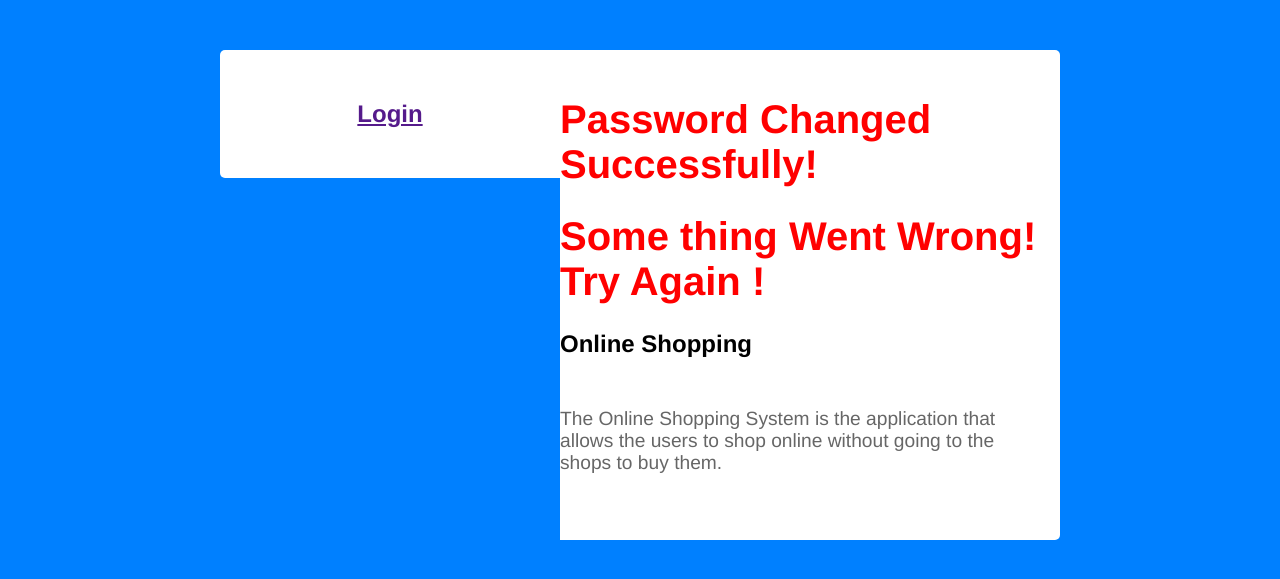
Repository: RajanKr004/E-commerce-Website-for-Sporty-Shoes-
Page: http://localhost/Phase_3_Ecommerce_website/forgotPassword.jsp
An editor plug-in stored every save of this project. The page is shown before and after the next save, followed by the edit.
The browser window is 1280 px wide. The pictures show the whole page.
The page is served by Tomcat 9. Other server files are loaded and not shown.

Above is the page before, as saved 2022-02-09 07:38:29.

### Phase 3 Ecommerce website/src/main/webapp/forgotPassword.jsp
<!DOCTYPE html>
<html>
<head>
<link rel="stylesheet" href="css/signup-style.css">
<title>ForgotPassword</title>
</head>
<body>
<div id='container'>
  <div class='signup'>

      <h2><a href="">Login</a></h2>
  </div>
  <div class='whyforgotPassword'>

<h1>Password Changed Successfully!</h1>

<h1>Some thing Went Wrong! Try Again !</h1>

    <h2>Online Shopping</h2>
    <p>The Online Shopping System is the application that allows the users to shop online without going to the shops to buy them.</p>
  </div>
</div>
</body>
</html>

Loaded but not shown: Phase 3 Ecommerce website/src/main/webapp/css/signup-style.css (common file)

After the next save:
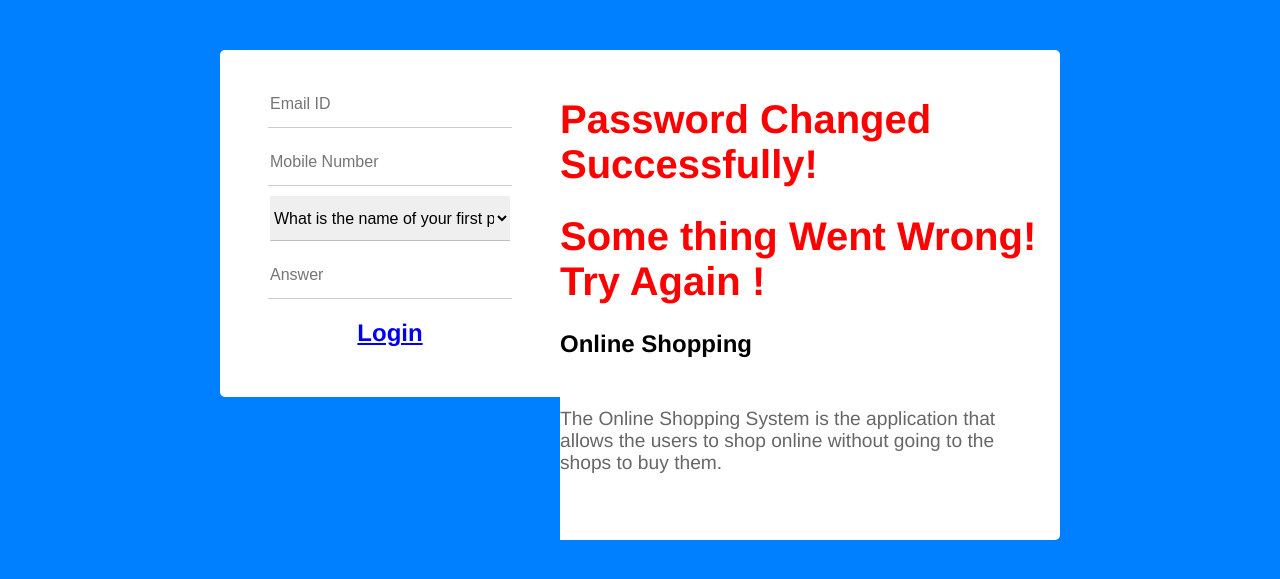
Saved 3 min 12 s later.
--- a/Phase 3 Ecommerce website/src/main/webapp/forgotPassword.jsp
+++ b/Phase 3 Ecommerce website/src/main/webapp/forgotPassword.jsp
@@ -7,8 +7,18 @@
 <body>
 <div id='container'>
   <div class='signup'>
-
-      <h2><a href="">Login</a></h2>
+     <input type="text" name="email" placeholder="Email ID">
+     <input type="text" name="mobileNumber" placeholder="Mobile Number">
+     <select name="securityQuestion" required>
+					<option value="What is the name of your first pet ?">What
+						is the name of your first pet ?</option>
+					<option value="What is your first car ?">What is your
+						first car ?</option>
+					<option value="Where did you born ?">Where did you born ?</option>
+					<option value="What is the name of your first school ?">What
+						is the name of your first school ?</option>
+				</select> <input type="text" name="answer" placeholder="Answer">
+      <h2><a href="login.jsp">Login</a></h2>
   </div>
   <div class='whyforgotPassword'>
 
